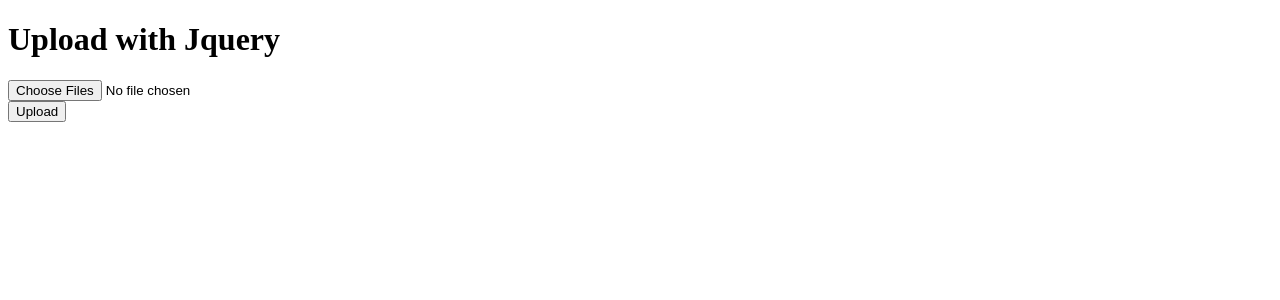
Repository: YoonHanmin/Study_Spring
Page: http://localhost/spring_16/uploadJquery
An editor plug-in stored every save of this project. The page is shown before and after the next save, followed by the edit.
The browser window is 1280 px wide. The pictures show the whole page.
The page is served by Tomcat 9. Other server files are loaded and not shown.

Above is the page before, as saved 2024-01-05 07:42:52.

### spring_16/src/main/webapp/WEB-INF/views/uploadJquery.jsp
<%@ page language="java" contentType="text/html; charset=UTF-8"
    pageEncoding="UTF-8"%>
<!DOCTYPE html>
<html>
<head>
<meta charset="UTF-8">
<title>Insert title here</title>
	<script src="https://ajax.googleapis.com/ajax/libs/jquery/3.3.1/jquery.min.js"></script>



<!-- jquery를 통해 파일 업로드할때 클라이언트단에서 업로드된 파일의 정보를 읽어 Ajax 방식으로 서버에 전송한다. -->
	<script type="text/javascript">
// 		ready : HTML 요소가 다 읽어지면 실행
		$(document).ready(function(){
// 			파일을 담기위한 객체 생성
// 			확장자가 exe,sh,js인 파일 업로드를 금지하기위한 정규식
			var regex = new RegExp("(.*?)\.(exe|sh|js)$")
			var maxSize = 5242880; // 5MB

// 			업로드할 파일이 들어있는 formdata안에 모든 키를 삭제하는 메소드 선언(초기화를 위해)
			function clearFormData(formData) {
			    // 모든 키를 순회하면서 삭제
//			for of 문 : 모든 원소를 순회하면서 각각의 원소를 가지고 반복문 실행
			    for (var key of formData.keys()) {
			        formData.delete(key);
			    }
			}

			function checkExtension(fileName,fileSize){
				if (fileSize>maxSize) {
					alert("파일 사이즈 초과");
					return false;
				}
				if(regex.test(fileName)){
					alert("해당 종류의 파일은 업로드할 수 없습니다.");
					return false;
				}
				return true;
			}
			var formData = new FormData();
// 			업로드 하기전, 초기 HTML 상태의 uploadDiv요소를 복제해놓음 (업로드후 HTML요소 초기화를 위해)
			var cloneObj = $(".uploadDiv").clone();
			console.log("@#@CloneObj ===> "+cloneObj);

			$("#uploadBtn").on("click",function(){
// 				uploadFile이름의 input 속성을 변수로 받음
			var inputFile = $("input[name='uploadFile']");
// 			files : 파일 정보 속성
			var files = inputFile[0].files;
			console.log("files ==>"+files);

// 			files.length : 파일 갯수
			for (var i = 0; i < files.length; i++) {
// 				파일 크기와 종류가 false면 return(종료)
				if(!checkExtension(files[i].name,files[i].size)){
					return;
				}
// 				append(이름,파일): 파일 정보를 formData에 추가
				formData.append("uploadFile",files[i])
			}

// 			업로드한 파일에 대한 정보를 읽어 변수에 담았으니, ajax를 통해 서버에 전송
			$.ajax({
// 				매핑된 Controll단 호출
				url :"uploadAjaxAction"
// 				processData : true : 기본 key/value를 쿼리스트링으로 전송, false는 반대
				,processData : false
// 				contentType : 기본값- application/x-www-form-urlencoded; charset=UTF-8,
// 								첨부파일은 false : multipart/form-data로 전송됨
				,contentType : false
				,data : formData
				,type : "post"
				,success:function(result){
					alert("Uploaded");
					console.log("@@result ==>"+result);
// 					업로드후, 초기상태를 복제해놓은 cloneObj로 바꿔줌으로써 화면상의 초기화
					$(".uploadDiv").html(cloneObj.html());
// 					업로드후, formData를 비우기위해 선언해놓은 초기화 메소드 실행
					clearFormData(formData);

				}
			}); // end of ajax

		}); // end of btn onclick
	}); // end of ready function
	</script>
</head>
<body>
	<h1>Upload with Jquery</h1>

	<div class="uploadDiv">
		<input type="file" name="uploadFile" multiple>
	</div>
	<button id="uploadBtn">Upload</button>
</body>
</html>

After the next save:
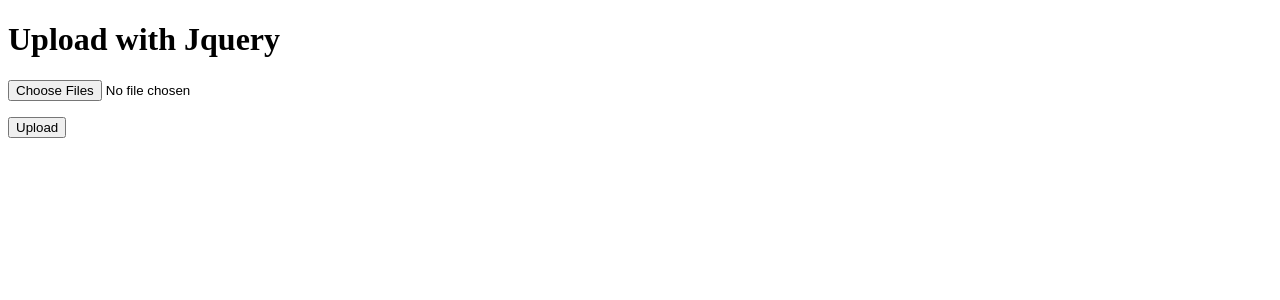
Saved 85 s later.
--- a/spring_16/src/main/webapp/WEB-INF/views/uploadJquery.jsp
+++ b/spring_16/src/main/webapp/WEB-INF/views/uploadJquery.jsp
@@ -76,7 +76,7 @@
 					console.log("@@result ==>"+result);
 // 					업로드후, 초기상태를 복제해놓은 cloneObj로 바꿔줌으로써 화면상의 초기화
 					$(".uploadDiv").html(cloneObj.html());
-// 					업로드후, formData를 비우기위해 선언해놓은 초기화 메소드 실행
+// 					업로드후, formData에 쌓인 업로드 데이터를 비우기위해 선언해놓은 초기화 메소드 실행
 					clearFormData(formData);
 
 				}
@@ -92,6 +92,14 @@
 	<div class="uploadDiv">
 		<input type="file" name="uploadFile" multiple>
 	</div>
+
+	<div class="uploadResult">
+		<ul>
+
+		</ul>
+	</div>
 	<button id="uploadBtn">Upload</button>
+
+
 </body>
 </html>
